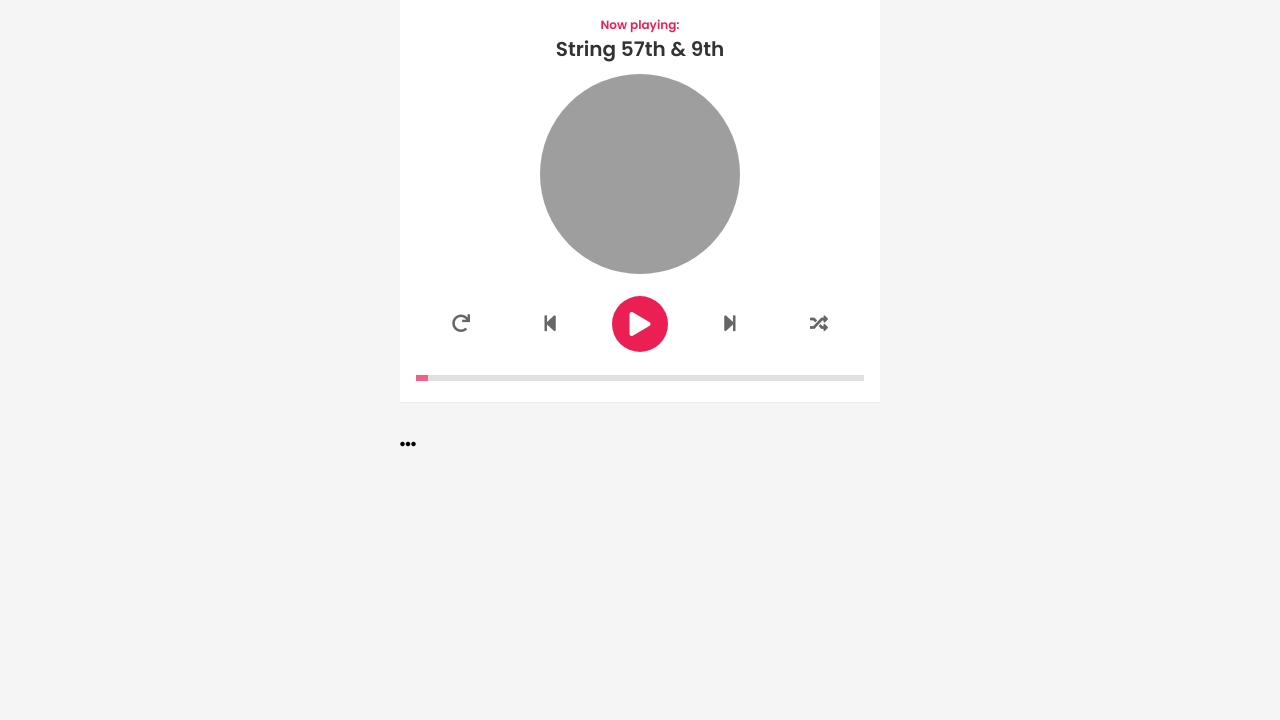
Repository: phan250501/Music
Page: index.html
These files come from the project's save history. The page is drawn as it stood at one moment and after the next save; the edit follows.
The browser window is 1280 px wide. The pictures show the whole page.
Pictures or frames that could not be fetched are drawn as grey boxes.

Above is the page before, as saved 2023-06-02 19:00:30.
Console error: ReferenceError: songs is not defined

### index.html
<!DOCTYPE html>
<html lang="en">
<head>
    <meta charset="UTF-8">
    <meta http-equiv="X-UA-Compatible" content="IE=edge">
    <meta name="viewport" content="width=device-width, initial-scale=1.0">
    <title>Music player</title>
    <link rel="stylesheet" href="./styles.css">
    <link rel="stylesheet" href="https://cdnjs.cloudflare.com/ajax/libs/font-awesome/5.15.2/css/all.min.css" integrity="sha512-HK5fgLBL+xu6dm/Ii3z4xhlSUyZgTT9tuc/hSrtw6uzJOvgRr2a9jyxxT1ely+B+xFAmJKVSTbpM/CuL7qxO8w==" crossorigin="anonymous" />
    <link rel="preconnect" href="https://fonts.gstatic.com">
    <link href="https://fonts.googleapis.com/css2?family=Poppins:wght@300;400;600&display=swap" rel="stylesheet">
  </head>
  <body>
    <div class="player">
      <!-- Dashboard -->
      <div class="dashboard">
        <!-- Header -->
        <header>
          <h4>Now playing:</h4>
          <h2>String 57th & 9th</h2>
        </header>

        <!-- CD -->
        <div class="cd">
          <div class="cd-thumb" style="background-image: url('https://i.ytimg.com/vi/jTLhQf5KJSc/maxresdefault.jpg')">
          </div>
        </div>

        <!-- Control -->
        <div class="control">
          <div class="btn btn-repeat">
            <i class="fas fa-redo"></i>
          </div>
          <div class="btn btn-prev">
            <i class="fas fa-step-backward"></i>
          </div>
          <div class="btn btn-toggle-play">
            <i class="fas fa-pause icon-pause"></i>
            <i class="fas fa-play icon-play"></i>
          </div>
          <div class="btn btn-next">
            <i class="fas fa-step-forward"></i>
          </div>
          <div class="btn btn-random">
            <i class="fas fa-random"></i>
          </div>
        </div>

        <input id="progress" class="progress" type="range" value="0" step="1" min="0" max="100">

        <audio id="audio" src=""></audio>
      </div>

      <!-- Playlist -->
      <div class="playlist">

        </div>
          <div class="option">
            <i class="fas fa-ellipsis-h"></i>
          </div>
        </div>
      </div>
    </div>
</body>
<script src="index.js"></script>

### styles.css
:root {
  --primary-color: #ec1f55;
  --text-color: #333;
}

* {
  padding: 0;
  margin: 0;
  box-sizing: inherit;
}

body {
  background-color: #f5f5f5;
}

html {
  box-sizing: border-box;
  font-family: "Poppins", sans-serif;
}

.player {
  position: relative;
  max-width: 480px;
  margin: 0 auto;
}

.player .icon-pause {
  display: none;
}

.player.playing .icon-pause {
  display: inline-block;
}

.player.playing .icon-play {
  display: none;
}

.dashboard {
  padding: 16px 16px 14px;
  background-color: #fff;
  position: fixed;
  top: 0;
  width: 100%;
  max-width: 480px;
  border-bottom: 1px solid #ebebeb;
}

/* HEADER */
header {
  text-align: center;
  margin-bottom: 10px;
}

header h4 {
  color: var(--primary-color);
  font-size: 12px;
}

header h2 {
  color: var(--text-color);
  font-size: 20px;
}

/* CD */
.cd {
  display: flex;
  margin: auto;
  width: 200px;
}

.cd-thumb {
  width: 100%;
  padding-top: 100%;
  border-radius: 50%;
  background-color: #333;
  background-size: cover;
  margin: auto;
}

/* CONTROL */
.control {
  display: flex;
  align-items: center;
  justify-content: space-around;
  padding: 18px 0 8px 0;
}

.control .btn {
  color: #666;
  padding: 18px;
  font-size: 18px;
}

.control .btn.active {
  color: var(--primary-color);
}

.control .btn-toggle-play {
  width: 56px;
  height: 56px;
  border-radius: 50%;
  font-size: 24px;
  color: #fff;
  display: flex;
  align-items: center;
  justify-content: center;
  background-color: var(--primary-color);
}

.progress {
  width: 100%;
  -webkit-appearance: none;
  height: 6px;
  background: #d3d3d3;
  outline: none;
  opacity: 0.7;
  -webkit-transition: 0.2s;
  transition: opacity 0.2s;
}

.progress::-webkit-slider-thumb {
  -webkit-appearance: none;
  appearance: none;
  width: 12px;
  height: 6px;
  background-color: var(--primary-color);
  cursor: pointer;
}

/* PLAYLIST */
.playlist {
  margin-top: 408px;
  padding: 12px;
}

.song {
  display: flex;
  align-items: center;
  margin-bottom: 12px;
  background-color: #fff;
  padding: 8px 16px;
  border-radius: 5px;
  box-shadow: 0 2px 3px rgba(0, 0, 0, 0.1);
}

.song.active {
  background-color: var(--primary-color);
}

.song:active {
  opacity: 0.8;
}

.song.active .option,
.song.active .author,
.song.active .title {
  color: #fff;
}

.song .thumb {
  width: 44px;
  height: 44px;
  border-radius: 50%;
  background-size: cover;
  margin: 0 8px;
}

.song .body {
  flex: 1;
  padding: 0 16px;
}

.song .title {
  font-size: 18px;
  color: var(--text-color);
}

.song .author {
  font-size: 12px;
  color: #999;
}

.song .option {
  padding: 16px 8px;
  color: #999;
  font-size: 18px;
}

### index.js
const $ = document.querySelector.bind(document);
const $$ = document.querySelectorAll.bind(document);

const app = {
    songs: [
        {
            name: 'Phía sau một cô gái',
            singer: 'Soobin Hoàng Sơn',
            path: './mp3/PHÍA SAU MỘT CÔ GÁI.mp3',
            image: './img/ps1cg.png'
        },
        {
            name: 'Có em',
            singer: 'Madihu ft Low G',
            path: './mp3/Có em.mp3',
            image: './img/coem.jpg'
        },
        {
            name: 'Ngồi nhìn em khóc',
            singer: 'Sáo',
            path: './mp3/Ngồi nhìn em khóc.mp3',
            image: './img/ngoinhinemkhoc.jpg'
        },
        {
            name: 'Có hay từ bao giờ',
            singer: 'NIEE',
            path: './mp3/Có hay từ bao giờ',
            image: './img/cohaytubaogio.jpg'
        }
    ],

    render: function(){
        const htmls = this.songs.map(song =>{
            console.log(songs);
            return `
            <div class="song">
          <div class="thumb" style="background-image: url('${songs.image}')">
          </div>
          <div class="body">
            <h3 class="title">${songs.name}</h3>
            <p class="author">${songs.singer}</p>
          </div>
          <div class="option">
            <i class="fas fa-ellipsis-h"></i>
          </div>
        </div>`
        });
        $('.playlist').innerHTML = htmls.join('\n');
    },
    start: function(){
        this.render();
    }
}
app.start();

After the next save:
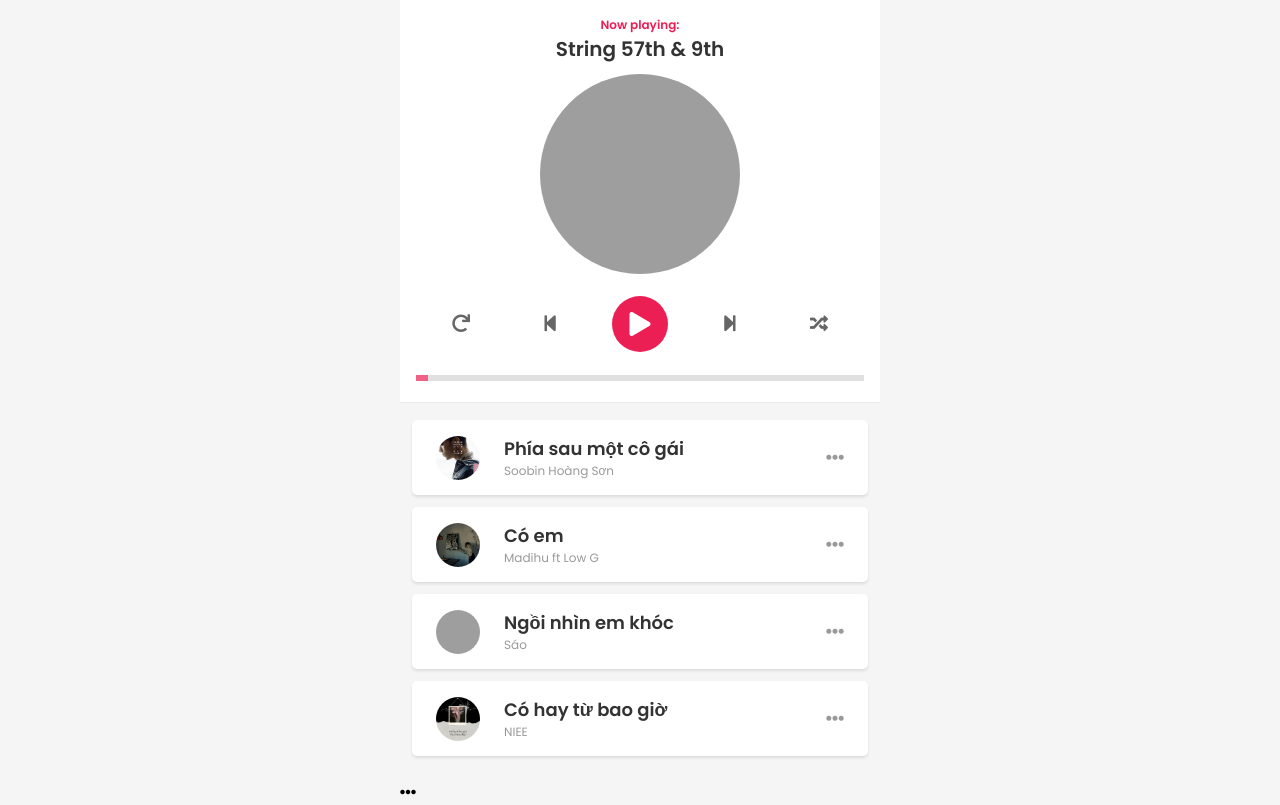
The error is gone.
Saved 112 s later.
--- a/index.js
+++ b/index.js
@@ -31,14 +31,14 @@
 
     render: function(){
         const htmls = this.songs.map(song =>{
-            console.log(songs);
+            console.log(song);
             return `
             <div class="song">
-          <div class="thumb" style="background-image: url('${songs.image}')">
+          <div class="thumb" style="background-image: url('${song.image}')">
           </div>
           <div class="body">
-            <h3 class="title">${songs.name}</h3>
-            <p class="author">${songs.singer}</p>
+            <h3 class="title">${song.name}</h3>
+            <p class="author">${song.singer}</p>
           </div>
           <div class="option">
             <i class="fas fa-ellipsis-h"></i>
